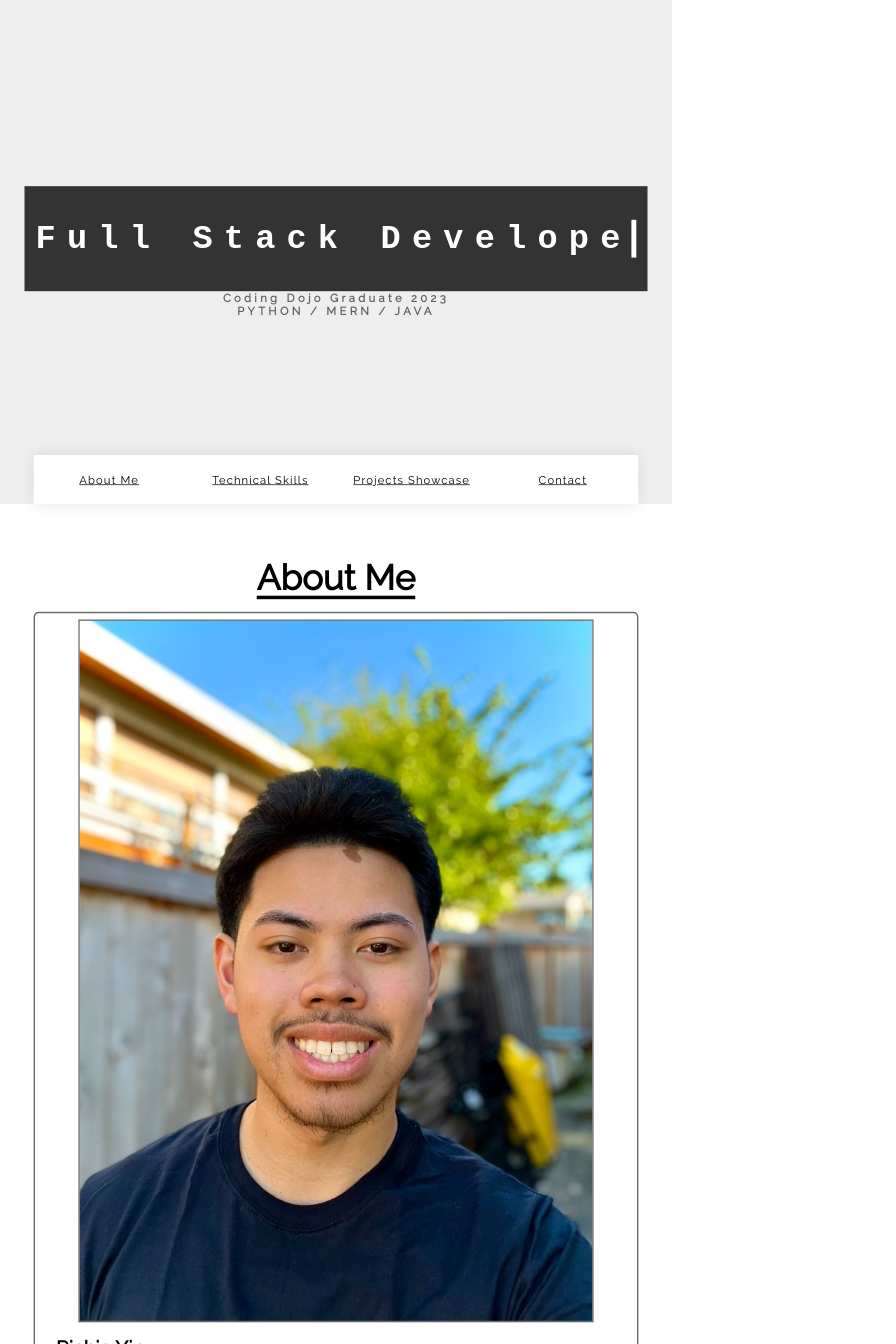
Repository: RICHIE-YIN/Personal-Portfolio
Page: index.html
An editor plug-in stored every save of this project. The page is shown before and after the next save, followed by the edit.
The browser window is 1280 px wide. The pictures show the part of the page from y = 0 to 1920 px (the page is 4495 px tall before and 4183 px after), at 70% of full size.
Some web fonts or font styles are not loaded; a fallback is used.

Above is the page before, as saved 2023-06-12 17:59:51.
Console error: ReferenceError: $ is not defined

After the next save:
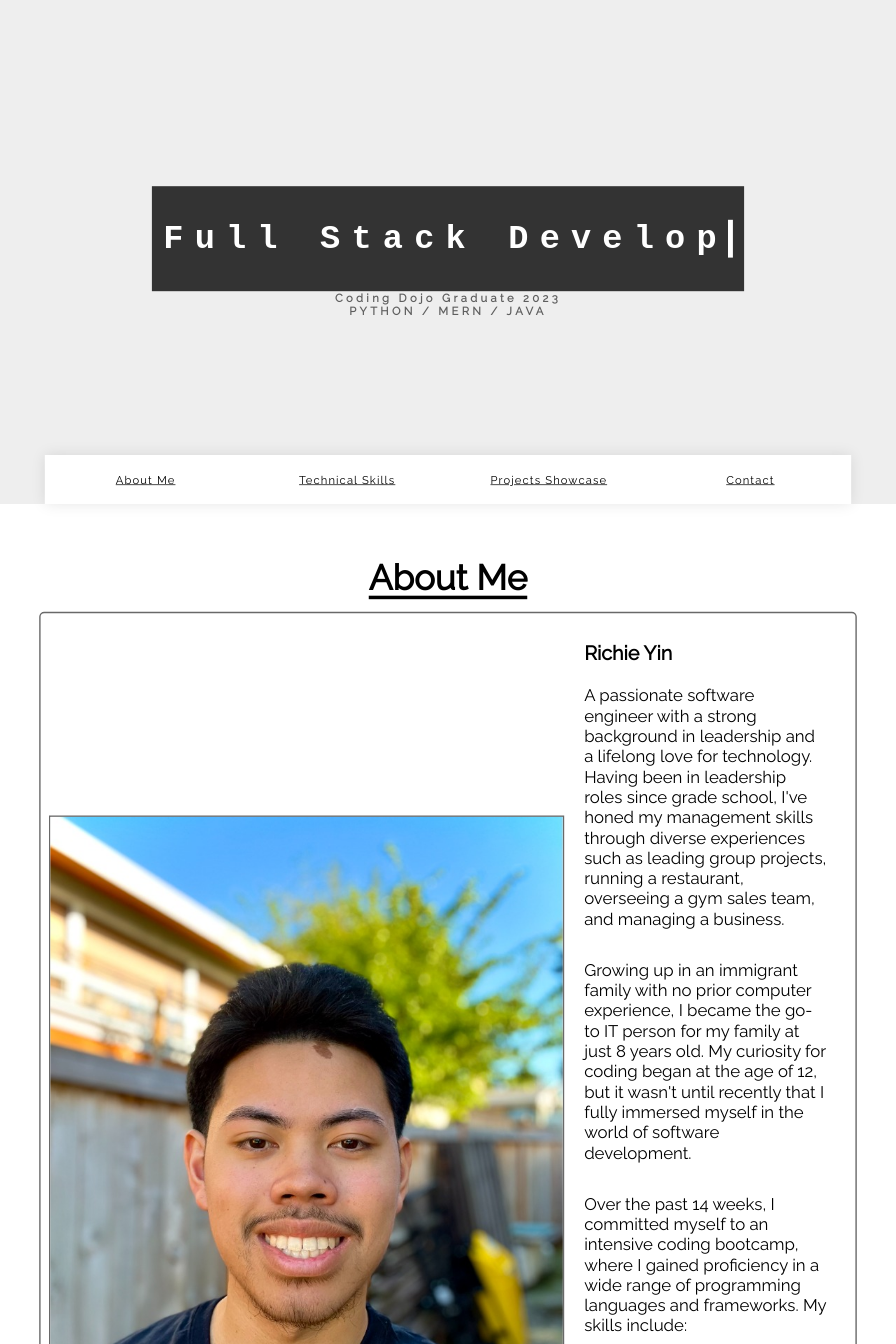
Saved 4 s later.
--- a/styles.css
+++ b/styles.css
@@ -33,12 +33,12 @@ html {
 } */
 
 /* Large devices (laptops/desktops, 992px and up) */
-@media only screen and (min-width: 1200px) {
+/* @media only screen and (min-width: 1200px) {
     .container {
         width: 75%;
         max-width: 1200px;
     }
-}
+} */
 
 .header a {
     float: right;
